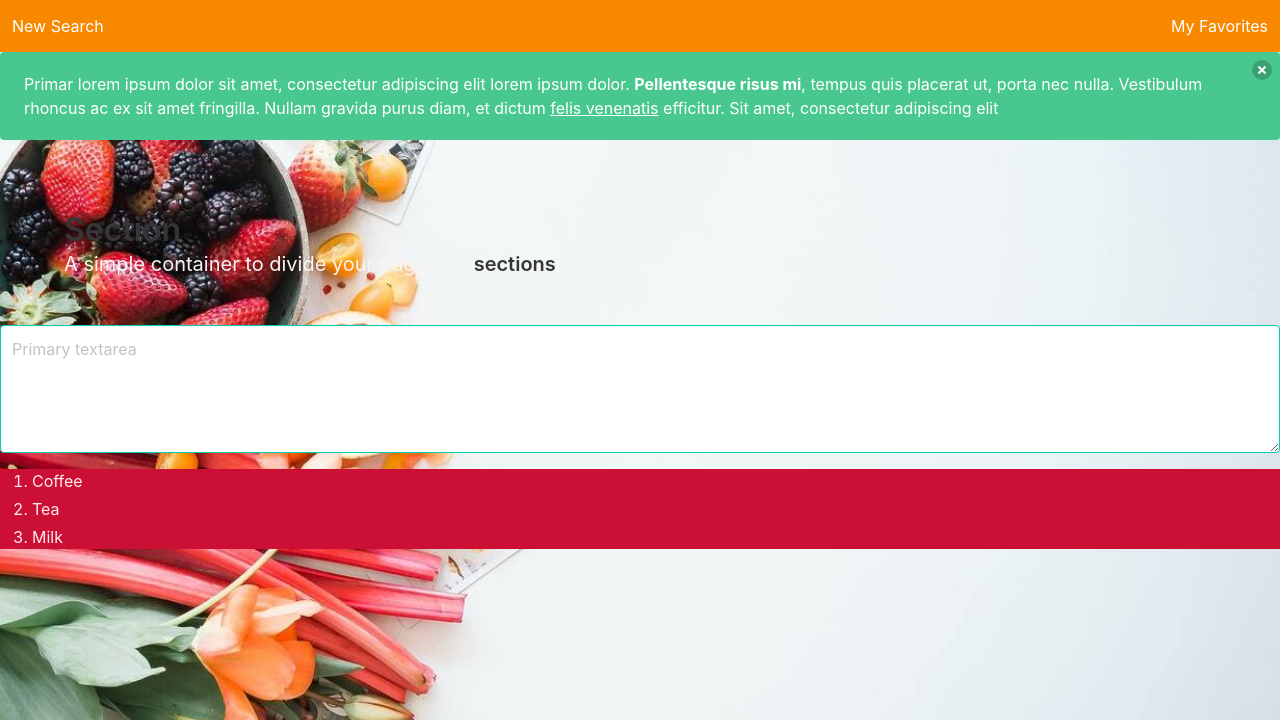
Repository: puakehaulani/the-hungry-app-proj1
Page: assets/style/Results.html
An editor plug-in stored every save of this project. The page is shown before and after the next save, followed by the edit.
The browser window is 1280 px wide. The pictures show the whole page.

Above is the page before, as saved 2020-10-15 19:41:36.

### assets/style/Results.html
<!DOCTYPE html>
<html lang="en">

<head>
    <meta charset="UTF-8">
    <meta name="viewport" content="width=device-width, initial-scale=1.0">
    <title>Hungry app</title>
    <link rel="stylesheet" href="https://cdn.jsdelivr.net/npm/bulma@0.9.1/css/bulma.min.css">
    <link rel="stylesheet" href="./style.css">
    <meta name="viewport" content="width=device-width, initial-scale=1">
</head>

<body>
  <nav class="navbar" role="navigation" aria-label="main navigation">
    <div class="navbar-menu">
        <div class="navbar-item">
            <a href="index.html">New Search</a>
        </div>
    </div>

    <div class="navbar-end">
        <div class="navbar-item">
            <a href="favorites.html">My Favorites </a>
        </div>

    </div>
</nav>
      <div class="notification is-success">
        <button class="delete"></button>
        Primar lorem ipsum dolor sit amet, consectetur
        adipiscing elit lorem ipsum dolor. <strong>Pellentesque risus mi</strong>, tempus quis placerat ut, porta nec nulla. Vestibulum rhoncus ac ex sit amet fringilla. Nullam gravida purus diam, et dictum <a>felis venenatis</a> efficitur. Sit amet,
        consectetur adipiscing elit
      </div>
      <body>
        <section class="section">
          <div class="container">
            <h1 class="title">Section</h1>
            <h2 class="subtitle has-text-light">
              A simple container to divide your page into <strong>sections</strong>, like the one you're currently reading
            </h2>
          </div>
        </section>

        <div class="field">
          <div class="control">
            <textarea class="textarea is-primary" placeholder="Primary textarea"></textarea>
          </div>
        </div>

        <div class="content has-text-danger-light has-background-danger-dark ">
          <ol type="1">
            <li>Coffee</li>
            <li>Tea</li>
            <li>Milk</li>
          </ol>

        </div>
</body>

</html>

### assets/style/style.css

html{
    background-image: url(images/foodOnSIde.jpg);
    background-size: cover;
    background-repeat: no-repeat;
}

.navbar{
    background-color: #F78800;
}

.navbar-item{
    color: white;
}

.navbar-item a{
    color: white;
}

.button{
    background-color: #f78800;
    color: white;
}

#ingredientSearch{
    display: inline-block;
}

th{
    background-color: #f78800;
    color: white !important;
}

/* Elements that only exist on results html*/

#favRecipes{
    min-height: 300px;
    color: black;
    background-color: white;
    border-style: solid;
    border-width: 2px;
    border-radius: 15px;
    border-color: #F78800;
}

#favRecipes h1{
    background-color: #F78800;
    font-size: 2rem;
    color: white;
    border-radius: 10px;
}

#favJokes{
    min-height: 300px;
    color: black;
    background-color: white;
    border-style: solid;
    border-width: 2px;
    border-radius: 15px;
    border-color: #F78800;
}

#favJokes h1{
    background-color: #F78800;
    font-size: 2rem;
    color: white;
    border-radius: 10px;
}

After the next save:
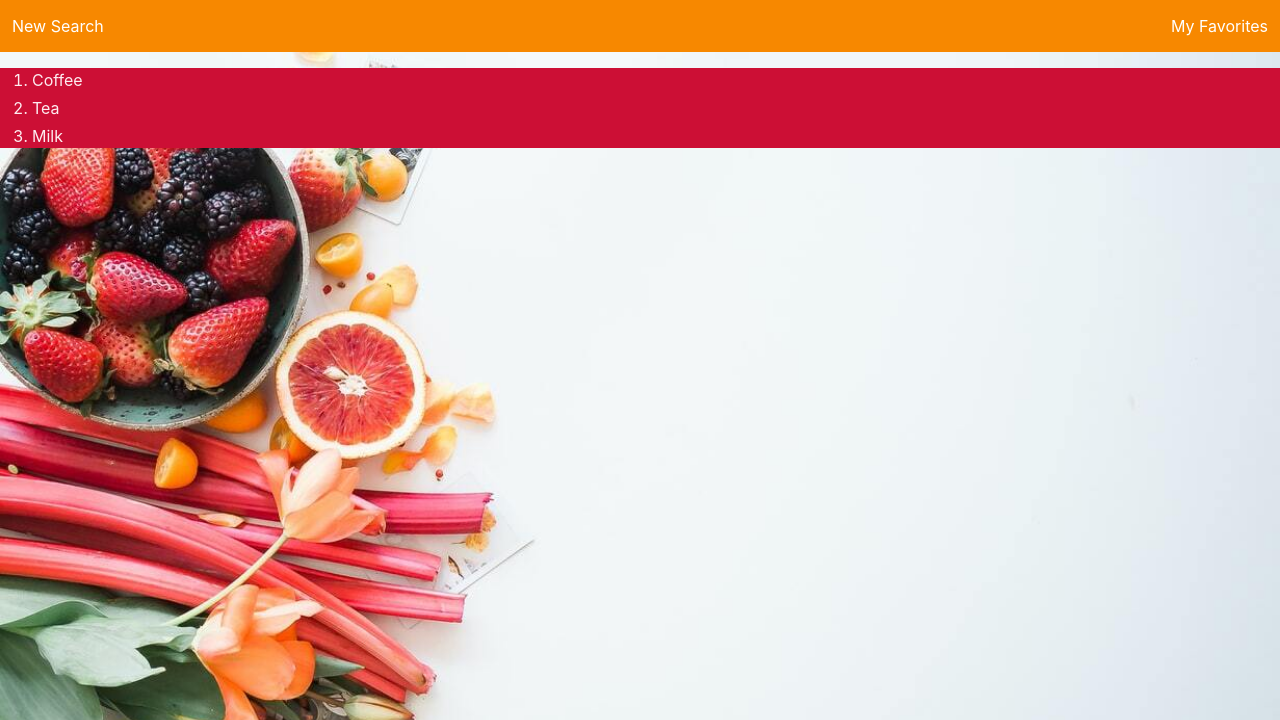
Saved 31 s later.
--- a/assets/style/Results.html
+++ b/assets/style/Results.html
@@ -25,27 +25,8 @@
 
     </div>
 </nav>
-      <div class="notification is-success">
-        <button class="delete"></button>
-        Primar lorem ipsum dolor sit amet, consectetur
-        adipiscing elit lorem ipsum dolor. <strong>Pellentesque risus mi</strong>, tempus quis placerat ut, porta nec nulla. Vestibulum rhoncus ac ex sit amet fringilla. Nullam gravida purus diam, et dictum <a>felis venenatis</a> efficitur. Sit amet,
-        consectetur adipiscing elit
-      </div>
       <body>
-        <section class="section">
-          <div class="container">
-            <h1 class="title">Section</h1>
-            <h2 class="subtitle has-text-light">
-              A simple container to divide your page into <strong>sections</strong>, like the one you're currently reading
-            </h2>
-          </div>
-        </section>
 
-        <div class="field">
-          <div class="control">
-            <textarea class="textarea is-primary" placeholder="Primary textarea"></textarea>
-          </div>
-        </div>
 
         <div class="content has-text-danger-light has-background-danger-dark ">
           <ol type="1">
